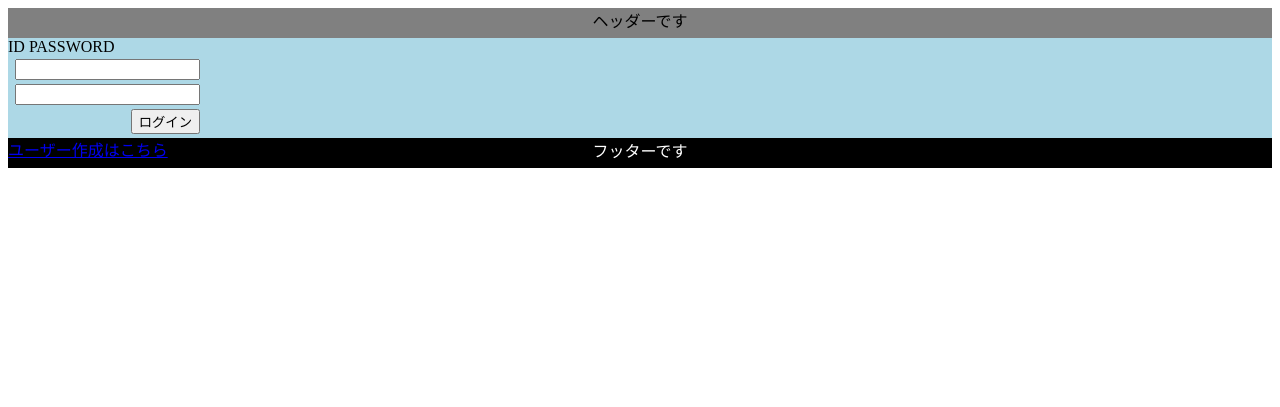
Repository: kousuke-2047/test
Page: http://localhost/Rensyu/HomeAction.action
These files come from the project's save history. The page is drawn as it stood at one moment and after the next save; the edit follows.
The browser window is 1280 px wide. The pictures show the whole page.
The page is served by Tomcat 9.

Above is the page before, as saved 2018-06-07 08:23:09.

After the next save:
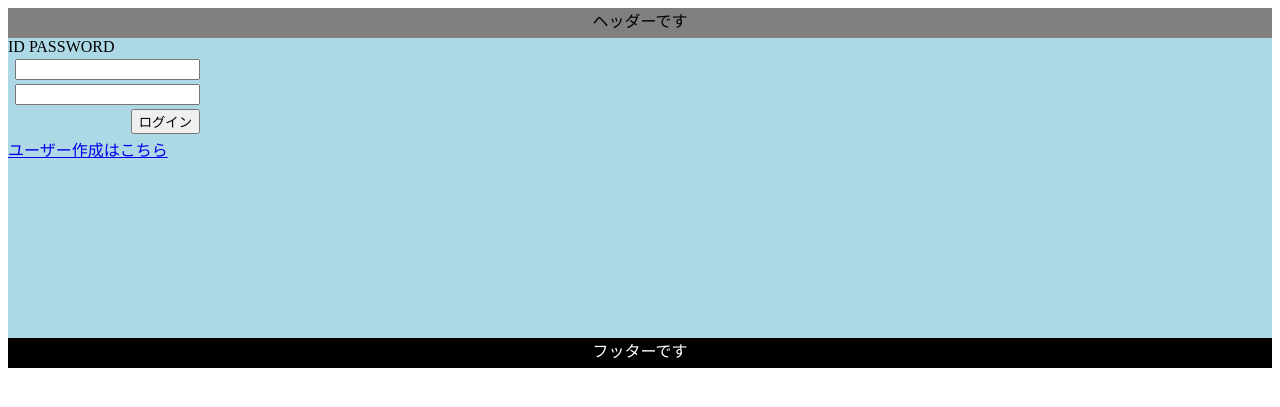
Saved 47 s later.
--- a/Rensyu/WebContent/login.jsp
+++ b/Rensyu/WebContent/login.jsp
@@ -25,7 +25,7 @@ header{
 
 .main{
 	width:100%;
-	height:100px;
+	height:300px;
 	background-color:lightblue;
 	color:black;
 	}
